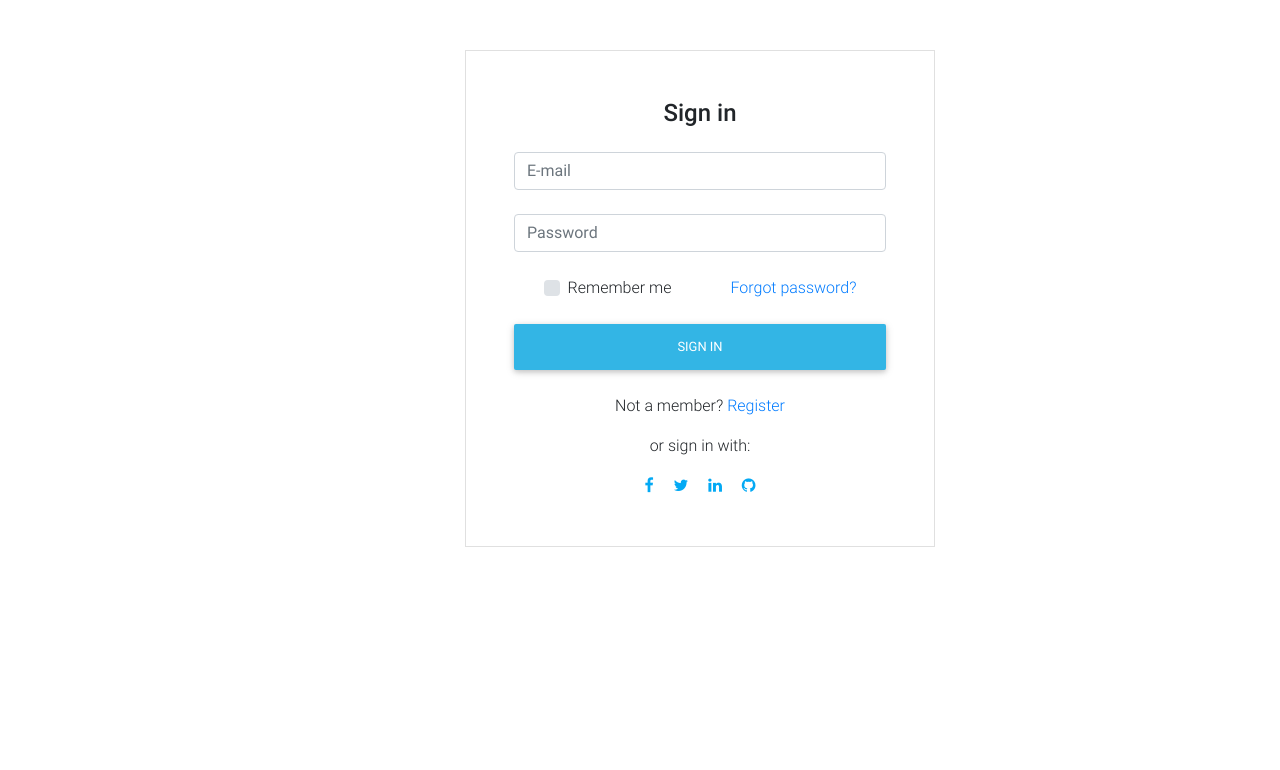
Repository: KJSCEhack/KJSCE_Vanquishers
Page: login_page.html
The author's editor kept a copy of each file at every save. The page is drawn from the files as they stood at one save, then again after the next save.
The browser window is 1280 px wide. The pictures show the whole page.

Above is the page before, as saved 2018-10-06 04:23:25.

### login_page.html

<!DOCTYPE HTML>
<html>

<head>
    <!-- Font Awesome -->
    <link rel="stylesheet" href="https://maxcdn.bootstrapcdn.com/font-awesome/4.7.0/css/font-awesome.min.css">
    <!-- Bootstrap core CSS -->
    <link href="css/bootstrap.min.css" rel="stylesheet">
    <!-- Material Design Bootstrap -->
    <link href="css/mdb.min.css" rel="stylesheet">
    <!-- Your custom styles (optional) -->
    <link href="css/style.min.css" rel="stylesheet">
</head>
<body>
    <div class="col-md-6" style="margin-left:450px; margin-top:50px; width:500px";>
    <!-- Default form login -->
<form class="text-center border border-light p-5">

    <p class="h4 mb-4">Sign in</p>

    <!-- Email -->
    <input type="email" id="defaultLoginFormEmail" class="form-control mb-4" placeholder="E-mail">

    <!-- Password -->
    <input type="password" id="defaultLoginFormPassword" class="form-control mb-4" placeholder="Password">

    <div class="d-flex justify-content-around">
        <div>
            <!-- Remember me -->
            <div class="custom-control custom-checkbox">
                <input type="checkbox" class="custom-control-input" id="defaultLoginFormRemember">
                <label class="custom-control-label" for="defaultLoginFormRemember">Remember me</label>
            </div>
        </div>
        <div>
            <!-- Forgot password -->
            <a href="">Forgot password?</a>
        </div>
    </div>

    <!-- Sign in button -->
    <button class="btn btn-info btn-block my-4" type="submit">Sign in</button>

    <!-- Register -->
    <p>Not a member?
        <a href="register.html">Register</a>
    </p>

    <!-- Social login -->
    <p>or sign in with:</p>

    <a type="button" class="light-blue-text mx-2">
        <i class="fa fa-facebook"></i>
    </a>
    <a type="button" class="light-blue-text mx-2">
        <i class="fa fa-twitter"></i>
    </a>
    <a type="button" class="light-blue-text mx-2">
        <i class="fa fa-linkedin"></i>
    </a>
    <a type="button" class="light-blue-text mx-2">
        <i class="fa fa-github"></i>
    </a>

</form>
</div>
<!-- Default form login -->
</body>
</html>

Loaded but not shown: css/bootstrap.min.css (library); css/mdb.min.css (library); css/style.min.css (common file)

After the next save:
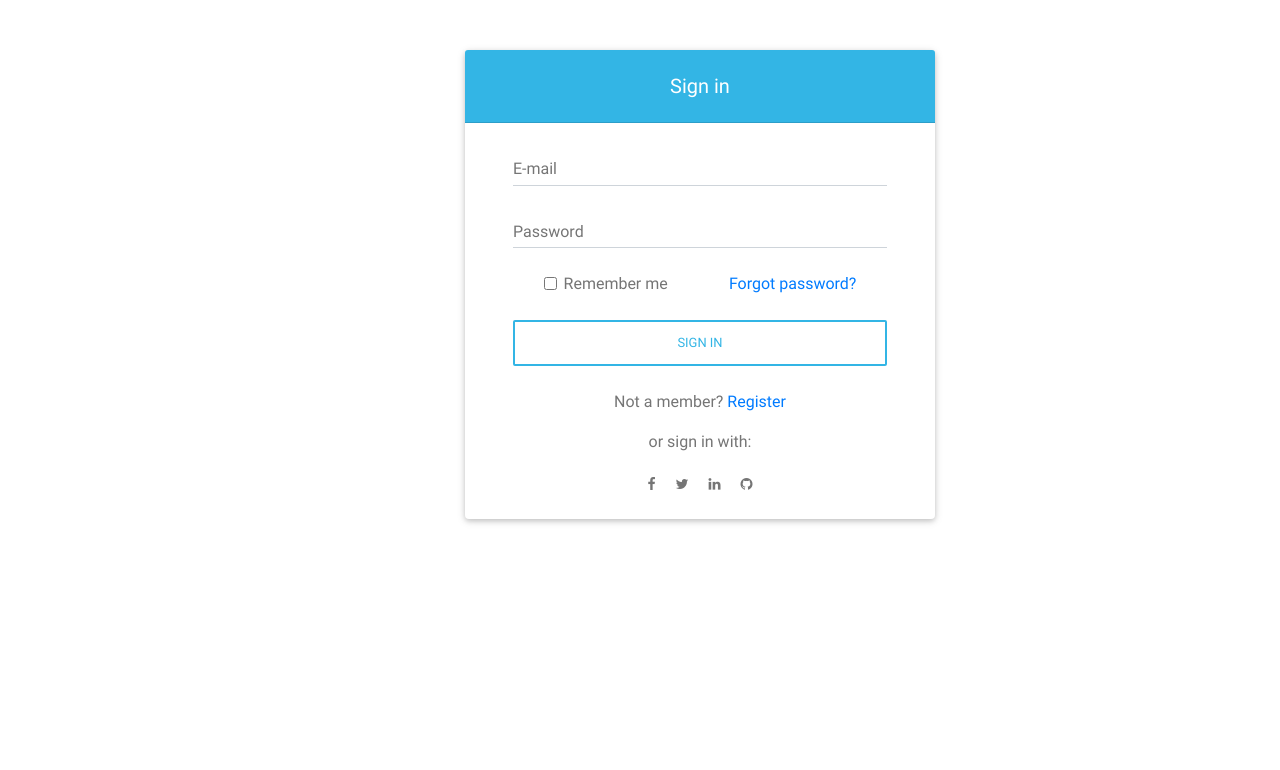
Saved 2 h 11 min later.
--- a/login_page.html
+++ b/login_page.html
@@ -14,57 +14,74 @@
 </head>
 <body>
     <div class="col-md-6" style="margin-left:450px; margin-top:50px; width:500px";>
-    <!-- Default form login -->
-<form class="text-center border border-light p-5">
+<!-- Material form login -->
+<div class="card">
 
-    <p class="h4 mb-4">Sign in</p>
+    <h5 class="card-header info-color white-text text-center py-4">
+      <strong>Sign in</strong>
+    </h5>
 
-    <!-- Email -->
-    <input type="email" id="defaultLoginFormEmail" class="form-control mb-4" placeholder="E-mail">
+    <!--Card content-->
+    <div class="card-body px-lg-5 pt-0">
 
-    <!-- Password -->
-    <input type="password" id="defaultLoginFormPassword" class="form-control mb-4" placeholder="Password">
+      <!-- Form -->
+      <form class="text-center" style="color: #757575;">
 
-    <div class="d-flex justify-content-around">
-        <div>
+        <!-- Email -->
+        <div class="md-form">
+          <input type="email" id="materialLoginFormEmail" class="form-control">
+          <label for="materialLoginFormEmail">E-mail</label>
+        </div>
+
+        <!-- Password -->
+        <div class="md-form">
+          <input type="password" id="materialLoginFormPassword" class="form-control">
+          <label for="materialLoginFormPassword">Password</label>
+        </div>
+
+        <div class="d-flex justify-content-around">
+          <div>
             <!-- Remember me -->
-            <div class="custom-control custom-checkbox">
-                <input type="checkbox" class="custom-control-input" id="defaultLoginFormRemember">
-                <label class="custom-control-label" for="defaultLoginFormRemember">Remember me</label>
+            <div class="form-check">
+              <input type="checkbox" class="form-check-input" id="materialLoginFormRemember">
+              <label class="form-check-label" for="materialLoginFormRemember">Remember me</label>
             </div>
-        </div>
-        <div>
+          </div>
+          <div>
             <!-- Forgot password -->
             <a href="">Forgot password?</a>
+          </div>
         </div>
+
+        <!-- Sign in button -->
+        <button class="btn btn-outline-info btn-rounded btn-block my-4 waves-effect z-depth-0" type="submit">Sign in</button>
+
+        <!-- Register -->
+        <p>Not a member?
+          <a href="">Register</a>
+        </p>
+
+        <!-- Social login -->
+        <p>or sign in with:</p>
+        <a type="button" class="btn-floating btn-fb btn-sm">
+          <i class="fa fa-facebook"></i>
+        </a>
+        <a type="button" class="btn-floating btn-tw btn-sm">
+          <i class="fa fa-twitter"></i>
+        </a>
+        <a type="button" class="btn-floating btn-li btn-sm">
+          <i class="fa fa-linkedin"></i>
+        </a>
+        <a type="button" class="btn-floating btn-git btn-sm">
+          <i class="fa fa-github"></i>
+        </a>
+
+      </form>
+      <!-- Form -->
+
     </div>
 
-    <!-- Sign in button -->
-    <button class="btn btn-info btn-block my-4" type="submit">Sign in</button>
-
-    <!-- Register -->
-    <p>Not a member?
-        <a href="register.html">Register</a>
-    </p>
-
-    <!-- Social login -->
-    <p>or sign in with:</p>
-
-    <a type="button" class="light-blue-text mx-2">
-        <i class="fa fa-facebook"></i>
-    </a>
-    <a type="button" class="light-blue-text mx-2">
-        <i class="fa fa-twitter"></i>
-    </a>
-    <a type="button" class="light-blue-text mx-2">
-        <i class="fa fa-linkedin"></i>
-    </a>
-    <a type="button" class="light-blue-text mx-2">
-        <i class="fa fa-github"></i>
-    </a>
-
-</form>
-</div>
-<!-- Default form login -->
+  </div>
+  <!-- Material form login -->
 </body>
 </html>
